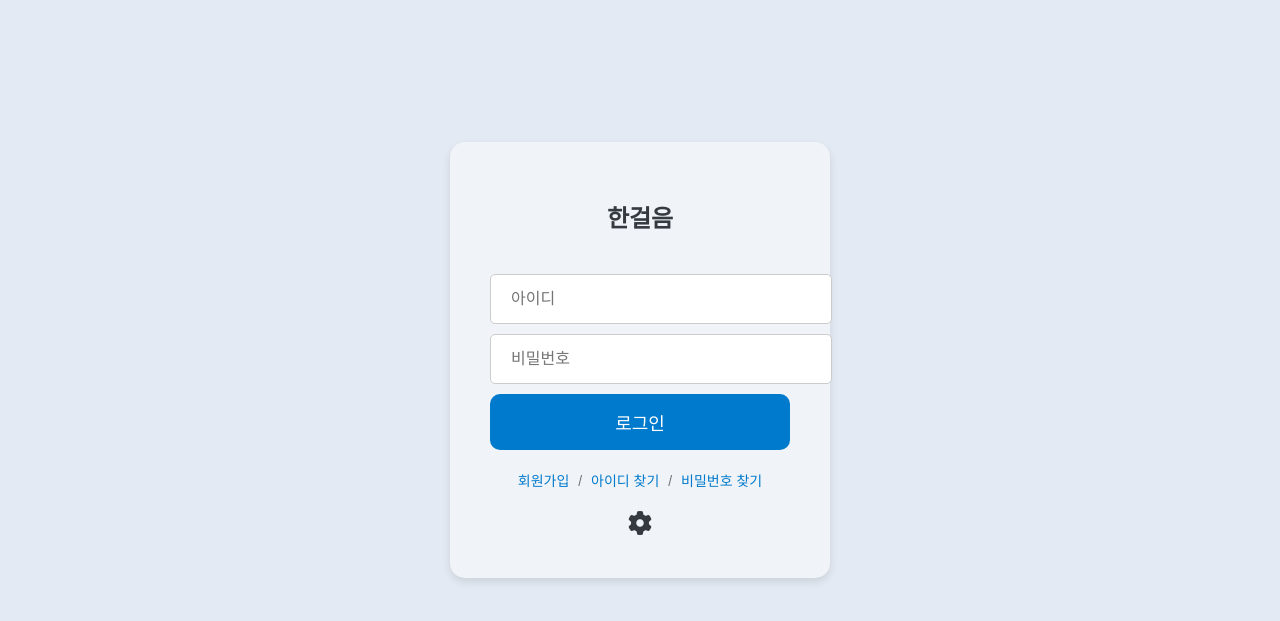
Repository: step-by-steps/step_by_steps_web
Page: http://localhost/login
These files come from the project's save history. The page is drawn as it stood at one moment and after the next save; the edit follows.
The browser window is 1280 px wide. The pictures show the whole page.
The page is served by the project's application, run on Flask 3 (main.py).

Above is the page before, as saved 2024-08-07 18:40:11.

### templates/login.html
<!DOCTYPE html>
<html lang="ko">
<head>
    <meta charset="UTF-8">
    <meta name="viewport" content="width=device-width, initial-scale=1.0">
    <title>로그인</title>
    <link rel="stylesheet" href="{{ url_for('static', filename='css/style.css') }}">
    <link rel="stylesheet" href="https://cdnjs.cloudflare.com/ajax/libs/font-awesome/6.0.0-beta3/css/all.min.css">
    <script>
        window.onload = function() {
            var storedFontSize = localStorage.getItem('fontSize');
            if (storedFontSize) {
                document.body.style.fontSize = storedFontSize + 'px';
            }
        }
    </script>
</head>
<body>
    <div class="container">
        <h1>한걸음</h1>
        <form method="POST" action="{{ url_for('login') }}">
            <input type="text" name="username" placeholder="아이디" class="input-field">
            <input type="password" name="password" placeholder="비밀번호" class="input-field">
            <button type="submit" class="login-btn">로그인</button>
        </form>
        <div class="footer-links">
            <a href="#">회원가입</a> / <a href="#">아이디 찾기</a> / <a href="#">비밀번호 찾기</a>
        </div>
        <div class="settings-icon">
            <a href="{{ url_for('settings') }}"><i class="fas fa-cog"></i></a>
        </div>
    </div>
</body>
</html>

### main.py
from flask import Flask, render_template, request, redirect, url_for, session
import mysql.connector

app = Flask(__name__)
app.secret_key = '011'

db_config = {
    'user': 'ondy',
    'password': '030104',
    'host': '172.20.10.12',
    'database': 'login_data',
    'collation': 'utf8mb4_general_ci'
}

def get_db_connection():
    conn = mysql.connector.connect(**db_config)
    return conn

def validate_user(username, password):
    conn = get_db_connection()
    cursor = conn.cursor(dictionary=True)
    cursor.execute("SELECT * FROM users WHERE username=%s AND password=%s", (username, password))
    user = cursor.fetchone()
    # 모든 결과를 명시적으로 읽음
    while cursor.nextset():
        cursor.fetchall()
    cursor.close()
    conn.close()
    return user

@app.route('/')
def home():
    if 'username' in session:
        return redirect(url_for('index'))
    return redirect(url_for('login'))

@app.route('/index')
def index():
    if 'username' in session:
        return render_template('index.html')
    return redirect(url_for('login'))

@app.route('/login', methods=['GET', 'POST'])
def login():
    if request.method == 'POST':
        username = request.form['username']
        password = request.form['password']
        user = validate_user(username, password)
        if user:
            session['username'] = user['username']
            return redirect(url_for('index'))
        else:
            return '로그인 실패'
    return render_template('login.html')

@app.route('/logout')
def logout():
    session.pop('username', None)
    return redirect(url_for('login'))

@app.route('/step1')
def step1():
    if 'username' not in session:
        return redirect(url_for('login'))
    return "Step 1 page"

@app.route('/step2')
def step2():
    if 'username' not in session:
        return redirect(url_for('login'))
    return "Step 2 page"

@app.route('/step3')
def step3():
    if 'username' not in session:
        return redirect(url_for('login'))
    return "Step 3 page"

@app.route('/settings')
def settings():
    if 'username' in session:
        return render_template('settings.html')
    return redirect(url_for('login'))

if __name__ == '__main__':
    app.run(debug=True, port=5002)

### static/css/style.css
body {
    background-color: #E3EAF3; /* 밝은 블루그레이 배경색 */
    font-family: Arial, sans-serif;
    display: flex;
    justify-content: center;
    align-items: center;
    height: 100vh;
    margin: 0;
    font-size: 16px; /* 기본 글자 크기 */
}

.container {
    text-align: center;
    background-color: #F0F4F8; /* 기존보다 명도 높은 배경색 */
    padding: 40px;
    border-radius: 15px;
    box-shadow: 0 4px 8px rgba(0, 0, 0, 0.1);
    width: 300px;
}

h1 {
    margin-bottom: 40px;
    color: #343A40; /* 짙은 회색 텍스트 */
    font-size: 24px; /* 헤더 글자 크기 */
}

a.btn, button.btn {
    display: block;
    background-color: #007ACC; /* 선명한 파란색 버튼 */
    color: #fff;
    text-decoration: none;
    padding: 15px 20px;
    margin: 10px 0;
    border-radius: 10px;
    border: none;
    cursor: pointer;
    transition: background-color 0.3s ease;
    font-size: 18px; /* 버튼 글자 크기 */
    text-align: center; /* 추가 */
}
button.login-btn {
    display: block;
    width: 100%;
    background-color: #007ACC; /* 선명한 파란색 버튼 */
    color: #fff;
    text-decoration: none;
    padding: 15px 20px;
    margin: 10px 0;
    border-radius: 10px;
    border: none;
    cursor: pointer;
    transition: background-color 0.3s ease;
    font-size: 18px; /* 버튼 글자 크기 */
    text-align: center; /* 추가 */
}
a.btn:hover, button.btn:hover {
    background-color: #005f99; /* hover 효과를 위한 더 진한 파란색 */
}

.settings-icon {
    margin-top: 20px;
}

.settings-icon a {
    color: #343A40; /* 아이콘 색상 */
    font-size: 24px;
    text-decoration: none;
    transition: color 0.3s ease;
}

.settings-icon a:hover {
    color: #007ACC; /* 아이콘 hover 색상 */
}

.input-field {
    display: block;
    width: 100%;
    margin: 10px 0;
    padding: 15px 20px;
    border: 1px solid #ccc;
    border-radius: 5px;
    font-size: 16px; /* 입력 필드 글자 크기 */
    box-sizing
}

.footer-links {
    margin-top: 20px;
    color: #6C757D;
    font-size: 14px;
}

.footer-links a {
    color: #007ACC;
    text-decoration: none;
    margin: 0 5px;
    font-size: 14px; /* 푸터 링크 글자 크기 */
}

.header {
    display: flex;
    align-items: center;
    margin-bottom: 20px;
}

.header h1 {
    flex: 1;
    text-align: center;
    margin: 0;
    color: #343A40;
}

.back-button {
    color: #343A40;
    text-decoration: none;
    font-size: 24px;
}

After the next save:
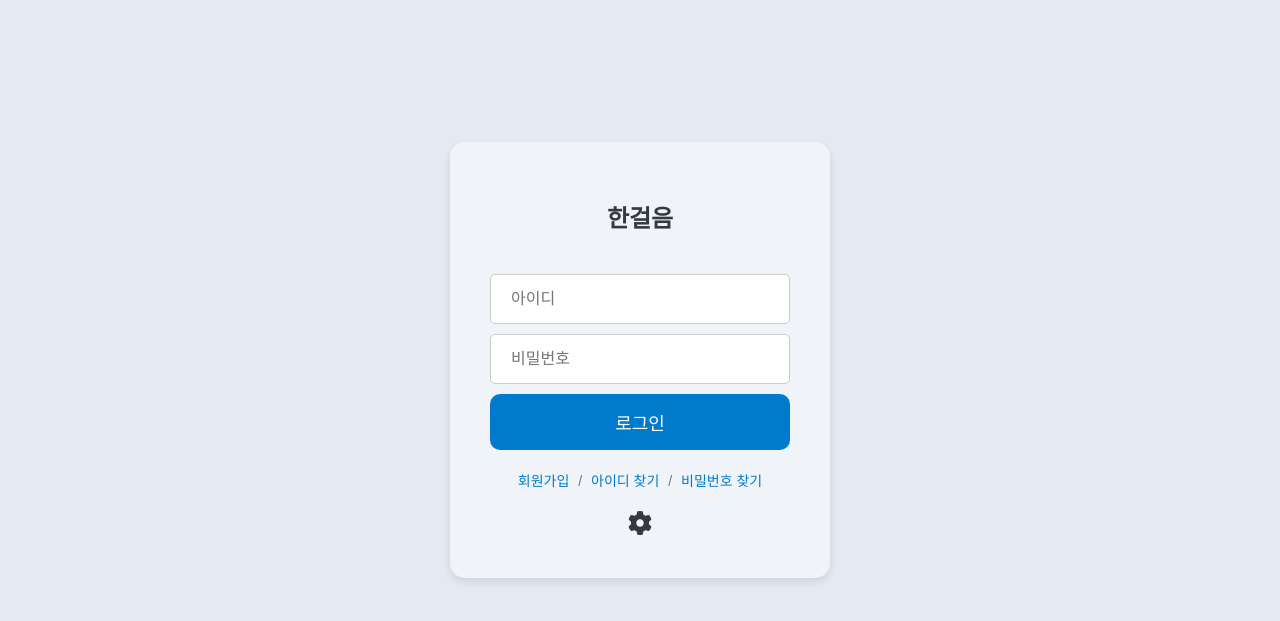
Saved 5 s later.
--- a/static/css/style.css
+++ b/static/css/style.css
@@ -80,7 +80,7 @@ a.btn:hover, button.btn:hover {
     border: 1px solid #ccc;
     border-radius: 5px;
     font-size: 16px; /* 입력 필드 글자 크기 */
-    box-sizing
+    box-sizing:border-box;
 }
 
 .footer-links {
